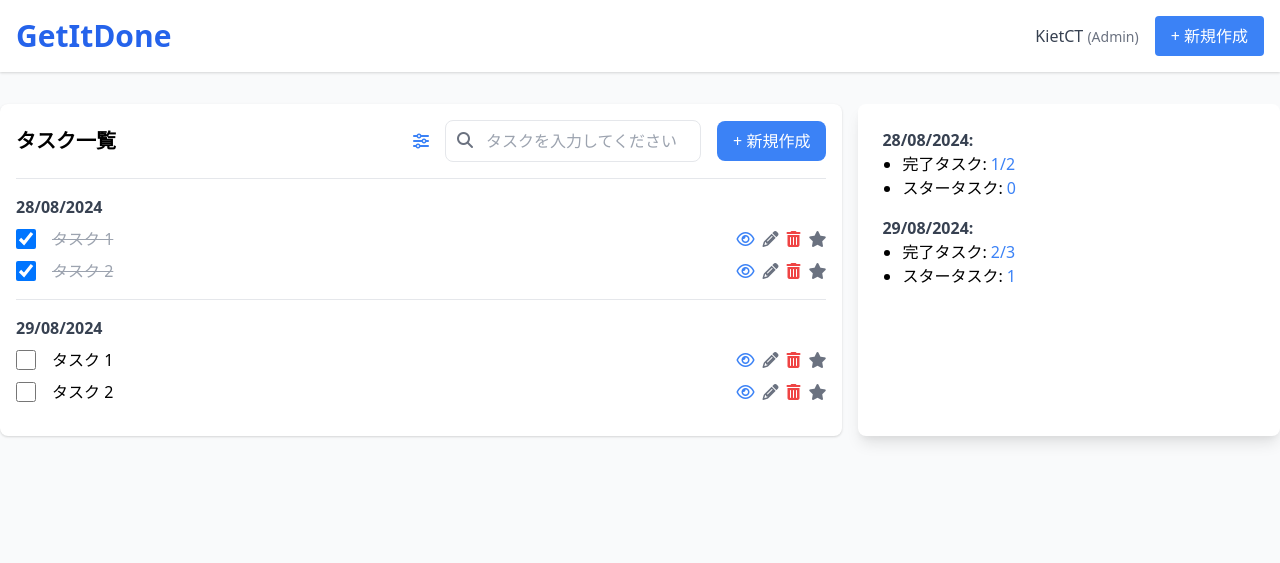
Repository: TuanAnhNguyen723/todolist
Page: mainscreen.html
An editor plug-in stored every save of this project. The page is shown before and after the next save, followed by the edit.
The browser window is 1280 px wide. The pictures show the whole page.
Some web libraries are served in a nearby version.

Above is the page before, as saved 2024-09-24 22:17:50.

### mainscreen.html
<!DOCTYPE html>
<html lang="ja">
  <head>
    <meta charset="UTF-8" />
    <meta name="viewport" content="width=device-width, initial-scale=1.0" />
    <title>GetItDone Task List</title>
    <link
      href="https://cdn.jsdelivr.net/npm/tailwindcss@2.2.19/dist/tailwind.min.css"
      rel="stylesheet"
    />
    <link
      rel="stylesheet"
      href="https://cdnjs.cloudflare.com/ajax/libs/font-awesome/6.6.0/css/all.min.css"
    />
  </head>
  <body class="bg-gray-50">
    <!-- Header Section -->
    <header class="bg-white shadow p-4 flex justify-between items-center">
      <div class="flex items-center">
        <h1 class="text-3xl font-bold text-blue-600">GetItDone</h1>
      </div>
      <div class="flex items-center">
        <span class="text-gray-700 mr-4"
          >KietCT <span class="text-sm text-gray-500">(Admin)</span></span
        >
        <button class="bg-blue-500 text-white px-4 py-2 rounded">
          + 新規作成
        </button>
      </div>
    </header>

    <!-- Main Section -->
    <main class="container mx-auto mt-8">
      <div class="flex justify-between">
        <!-- Task List -->
        <div class="w-2/3 bg-white p-4 shadow rounded-lg">
          <div class="flex justify-between items-center mb-4">
            <!-- Task List Title -->
            <h2 class="text-xl font-bold">タスク一覧</h2>

            <div class="flex items-center space-x-4">
              <!-- Filter Icon -->
              <button class="text-blue-500 hover:text-gray-700">
                <i class="fas fa-sliders-h"></i>
              </button>

              <!-- Search Input with Icon -->
              <div class="relative">
                <input
                  type="text"
                  class="border rounded-lg pl-10 pr-3 py-2 w-64"
                  placeholder="タスクを入力してください"
                />
                <!-- Search Icon -->
                <i
                  class="fas fa-search absolute left-3 top-3 text-gray-500"
                ></i>
              </div>

              <!-- New Task Button -->
              <button class="bg-blue-500 text-white px-4 py-2 rounded-lg">
                + 新規作成
              </button>
            </div>
          </div>

          <!-- Task Group 1 -->
          <div class="mb-4 border-t pt-4">
            <h3 class="font-bold text-gray-700">28/08/2024</h3>

            <!-- Task 1 -->
            <div class="flex justify-between items-center space-x-4 my-2">
              <div class="flex items-center space-x-4">
                <input
                  type="checkbox"
                  class="form-checkbox h-5 w-5 toggle-complete"
                  checked
                />
                <span class="task-text text-gray-400 line-through"
                  >タスク 1</span
                >
              </div>
              <div class="flex space-x-2">
                <button class="text-blue-500 hover:text-blue-700">
                  <i class="fa fa-eye"></i>
                </button>
                <button class="text-gray-500 hover:text-gray-700">
                  <i class="fa fa-pencil"></i>
                </button>
                <button class="text-red-500 hover:text-red-700">
                  <i class="fa fa-trash"></i>
                </button>
                <button class="text-gray-500 hover:text-yellow-500 star-icon">
                  <i class="fa fa-star"></i>
                </button>
              </div>
            </div>

            <!-- Task 2 -->
            <div class="flex justify-between items-center space-x-4 my-2">
              <div class="flex items-center space-x-4">
                <input
                  type="checkbox"
                  class="form-checkbox h-5 w-5 toggle-complete"
                  checked
                />
                <span class="task-text text-gray-400 line-through"
                  >タスク 2</span
                >
              </div>
              <div class="flex space-x-2">
                <button class="text-blue-500 hover:text-blue-700">
                  <i class="fa fa-eye"></i>
                </button>
                <button class="text-gray-500 hover:text-gray-700">
                  <i class="fa fa-pencil"></i>
                </button>
                <button class="text-red-500 hover:text-red-700">
                  <i class="fa fa-trash"></i>
                </button>
                <button class="text-gray-500 hover:text-yellow-500 star-icon">
                  <i class="fa fa-star"></i>
                </button>
              </div>
            </div>
          </div>

          <!-- Task Group 2 -->
          <div class="mb-4 border-t pt-4">
            <h3 class="font-bold text-gray-700">29/08/2024</h3>

            <!-- Task 1 -->
            <div class="flex justify-between items-center space-x-4 my-2">
              <div class="flex items-center space-x-4">
                <input
                  type="checkbox"
                  class="form-checkbox h-5 w-5 toggle-complete"
                />
                <span class="task-text">タスク 1</span>
              </div>
              <div class="flex space-x-2">
                <button class="text-blue-500 hover:text-blue-700">
                  <i class="fa fa-eye"></i>
                </button>
                <button class="text-gray-500 hover:text-gray-700">
                  <i class="fa fa-pencil"></i>
                </button>
                <button class="text-red-500 hover:text-red-700">
                  <i class="fa fa-trash"></i>
                </button>
                <button class="text-gray-500 hover:text-yellow-500 star-icon">
                  <i class="fa fa-star"></i>
                </button>
              </div>
            </div>

            <!-- Task 2 -->
            <div class="flex justify-between items-center space-x-4 my-2">
              <div class="flex items-center space-x-4">
                <input
                  type="checkbox"
                  class="form-checkbox h-5 w-5 toggle-complete"
                />
                <span class="task-text">タスク 2</span>
              </div>
              <div class="flex space-x-2">
                <button class="text-blue-500 hover:text-blue-700">
                  <i class="fa fa-eye"></i>
                </button>
                <button class="text-gray-500 hover:text-gray-700">
                  <i class="fa fa-pencil"></i>
                </button>
                <button class="text-red-500 hover:text-red-700">
                  <i class="fa fa-trash"></i>
                </button>
                <button class="text-gray-500 hover:text-yellow-500 star-icon">
                  <i class="fa fa-star"></i>
                </button>
              </div>
            </div>
          </div>
        </div>

        <!-- Task Completion Summary (Hiển thị luôn, không dùng popup) -->
        <div
          id="task-summary"
          class="w-1/3 bg-white p-6 rounded-lg shadow-lg ml-4"
        >
          <h3 class="font-bold text-gray-700">28/08/2024:</h3>
          <ul class="list-disc pl-5">
            <li>完了タスク: <span class="text-blue-500">1/2</span></li>
            <li>スタータスク: <span class="text-blue-500">0</span></li>
          </ul>

          <h3 class="font-bold text-gray-700 mt-4">29/08/2024:</h3>
          <ul class="list-disc pl-5">
            <li>完了タスク: <span class="text-blue-500">2/3</span></li>
            <li>スタータスク: <span class="text-blue-500">1</span></li>
          </ul>
        </div>
      </div>
    </main>

    <!-- Icons FontAwesome -->
    <script src="https://kit.fontawesome.com/a076d05399.js"></script>

    <!-- Custom JS for handling checkbox and star click -->
    <script>
      // Lắng nghe sự kiện click trên phần tử cha
      document.addEventListener("click", function (event) {
        // Khi người dùng click vào checkbox
        if (event.target.classList.contains("toggle-complete")) {
          const taskText = event.target
            .closest(".flex")
            .querySelector(".task-text");
          if (event.target.checked) {
            taskText.classList.add("line-through", "text-gray-400");
          } else {
            taskText.classList.remove("line-through", "text-gray-400");
          }
        }

        // Khi người dùng click vào icon ngôi sao
        if (event.target.classList.contains("fa-star")) {
          const taskText = event.target
            .closest(".flex")
            .querySelector(".task-text");

          // Toggle màu ngôi sao
          event.target.classList.toggle("text-yellow-500");

          // Kiểm tra xem ngôi sao đã được click chưa
          if (event.target.classList.contains("text-yellow-500")) {
            taskText.classList.add("text-yellow-500"); // Thêm màu vàng cho text
          } else {
            taskText.classList.remove("text-yellow-500"); // Bỏ màu vàng khỏi text
          }
        }
      });
    </script>
  </body>
</html>

After the next save:
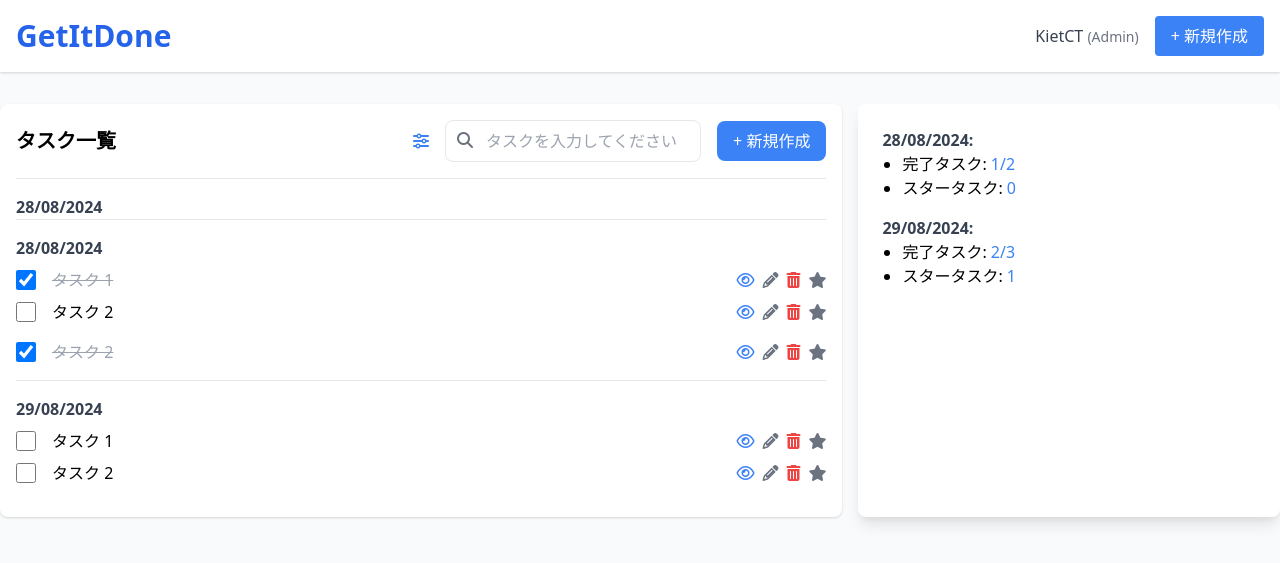
Saved 41 s later.
--- a/mainscreen.html
+++ b/mainscreen.html
@@ -68,31 +68,61 @@
           <div class="mb-4 border-t pt-4">
             <h3 class="font-bold text-gray-700">28/08/2024</h3>
 
-            <!-- Task 1 -->
-            <div class="flex justify-between items-center space-x-4 my-2">
-              <div class="flex items-center space-x-4">
-                <input
-                  type="checkbox"
-                  class="form-checkbox h-5 w-5 toggle-complete"
-                  checked
-                />
-                <span class="task-text text-gray-400 line-through"
-                  >タスク 1</span
-                >
-              </div>
-              <div class="flex space-x-2">
-                <button class="text-blue-500 hover:text-blue-700">
-                  <i class="fa fa-eye"></i>
-                </button>
-                <button class="text-gray-500 hover:text-gray-700">
-                  <i class="fa fa-pencil"></i>
-                </button>
-                <button class="text-red-500 hover:text-red-700">
-                  <i class="fa fa-trash"></i>
-                </button>
-                <button class="text-gray-500 hover:text-yellow-500 star-icon">
-                  <i class="fa fa-star"></i>
-                </button>
+            <!-- Task Group 1 -->
+            <div class="mb-4 border-t pt-4">
+              <h3 class="font-bold text-gray-700">28/08/2024</h3>
+
+              <!-- Task 1 -->
+              <div class="flex justify-between items-center space-x-4 my-2">
+                <div class="flex items-center space-x-4">
+                  <input
+                    type="checkbox"
+                    class="form-checkbox h-5 w-5 toggle-complete"
+                    checked
+                  />
+                  <span class="task-text text-gray-400 line-through"
+                    >タスク 1</span
+                  >
+                </div>
+                <div class="flex space-x-2">
+                  <button class="text-blue-500 hover:text-blue-700">
+                    <i class="fa fa-eye"></i>
+                  </button>
+                  <button class="text-gray-500 hover:text-gray-700">
+                    <i class="fa fa-pencil"></i>
+                  </button>
+                  <button class="text-red-500 hover:text-red-700">
+                    <i class="fa fa-trash"></i>
+                  </button>
+                  <button class="text-gray-500 hover:text-yellow-500 star-icon">
+                    <i class="fa fa-star"></i>
+                  </button>
+                </div>
+              </div>
+
+              <!-- Task 2 -->
+              <div class="flex justify-between items-center space-x-4 my-2">
+                <div class="flex items-center space-x-4">
+                  <input
+                    type="checkbox"
+                    class="form-checkbox h-5 w-5 toggle-complete"
+                  />
+                  <span class="task-text">タスク 2</span>
+                </div>
+                <div class="flex space-x-2">
+                  <button class="text-blue-500 hover:text-blue-700">
+                    <i class="fa fa-eye"></i>
+                  </button>
+                  <button class="text-gray-500 hover:text-gray-700">
+                    <i class="fa fa-pencil"></i>
+                  </button>
+                  <button class="text-red-500 hover:text-red-700">
+                    <i class="fa fa-trash"></i>
+                  </button>
+                  <button class="text-gray-500 hover:text-yellow-500 star-icon">
+                    <i class="fa fa-star"></i>
+                  </button>
+                </div>
               </div>
             </div>
 

After the save that followed:
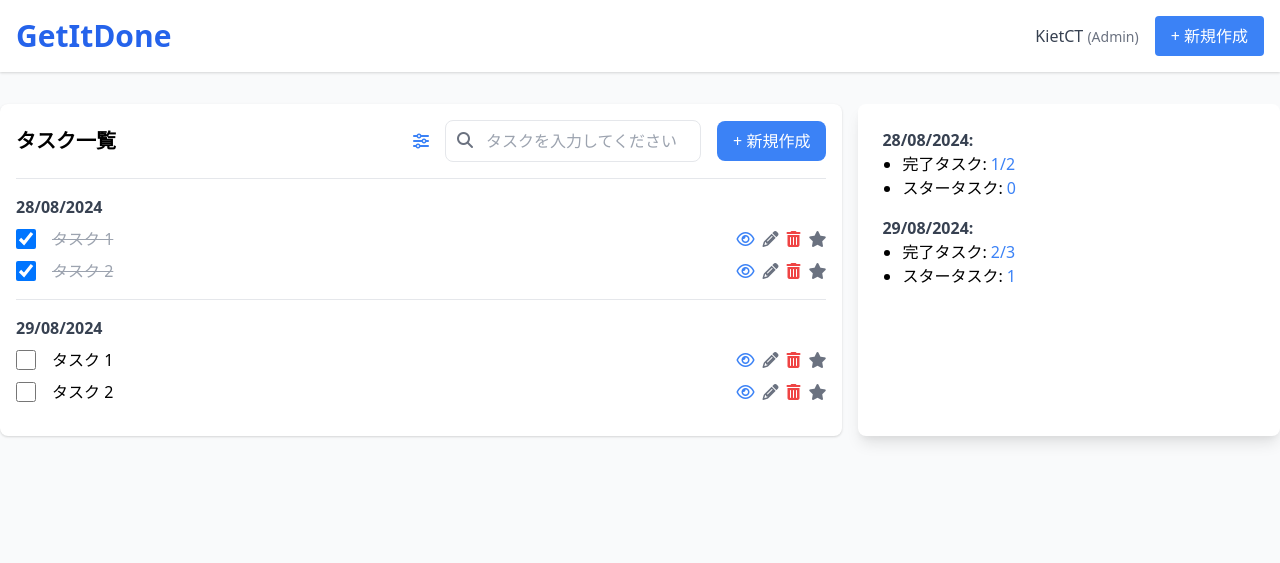
Saved 8 s later.
--- a/mainscreen.html
+++ b/mainscreen.html
@@ -68,61 +68,31 @@
           <div class="mb-4 border-t pt-4">
             <h3 class="font-bold text-gray-700">28/08/2024</h3>
 
-            <!-- Task Group 1 -->
-            <div class="mb-4 border-t pt-4">
-              <h3 class="font-bold text-gray-700">28/08/2024</h3>
-
-              <!-- Task 1 -->
-              <div class="flex justify-between items-center space-x-4 my-2">
-                <div class="flex items-center space-x-4">
-                  <input
-                    type="checkbox"
-                    class="form-checkbox h-5 w-5 toggle-complete"
-                    checked
-                  />
-                  <span class="task-text text-gray-400 line-through"
-                    >タスク 1</span
-                  >
-                </div>
-                <div class="flex space-x-2">
-                  <button class="text-blue-500 hover:text-blue-700">
-                    <i class="fa fa-eye"></i>
-                  </button>
-                  <button class="text-gray-500 hover:text-gray-700">
-                    <i class="fa fa-pencil"></i>
-                  </button>
-                  <button class="text-red-500 hover:text-red-700">
-                    <i class="fa fa-trash"></i>
-                  </button>
-                  <button class="text-gray-500 hover:text-yellow-500 star-icon">
-                    <i class="fa fa-star"></i>
-                  </button>
-                </div>
-              </div>
-
-              <!-- Task 2 -->
-              <div class="flex justify-between items-center space-x-4 my-2">
-                <div class="flex items-center space-x-4">
-                  <input
-                    type="checkbox"
-                    class="form-checkbox h-5 w-5 toggle-complete"
-                  />
-                  <span class="task-text">タスク 2</span>
-                </div>
-                <div class="flex space-x-2">
-                  <button class="text-blue-500 hover:text-blue-700">
-                    <i class="fa fa-eye"></i>
-                  </button>
-                  <button class="text-gray-500 hover:text-gray-700">
-                    <i class="fa fa-pencil"></i>
-                  </button>
-                  <button class="text-red-500 hover:text-red-700">
-                    <i class="fa fa-trash"></i>
-                  </button>
-                  <button class="text-gray-500 hover:text-yellow-500 star-icon">
-                    <i class="fa fa-star"></i>
-                  </button>
-                </div>
+            <!-- Task 1 -->
+            <div class="flex justify-between items-center space-x-4 my-2">
+              <div class="flex items-center space-x-4">
+                <input
+                  type="checkbox"
+                  class="form-checkbox h-5 w-5 toggle-complete"
+                  checked
+                />
+                <span class="task-text text-gray-400 line-through"
+                  >タスク 1</span
+                >
+              </div>
+              <div class="flex space-x-2">
+                <button class="text-blue-500 hover:text-blue-700">
+                  <i class="fa fa-eye"></i>
+                </button>
+                <button class="text-gray-500 hover:text-gray-700">
+                  <i class="fa fa-pencil"></i>
+                </button>
+                <button class="text-red-500 hover:text-red-700">
+                  <i class="fa fa-trash"></i>
+                </button>
+                <button class="text-gray-500 hover:text-yellow-500 star-icon">
+                  <i class="fa fa-star"></i>
+                </button>
               </div>
             </div>
 
